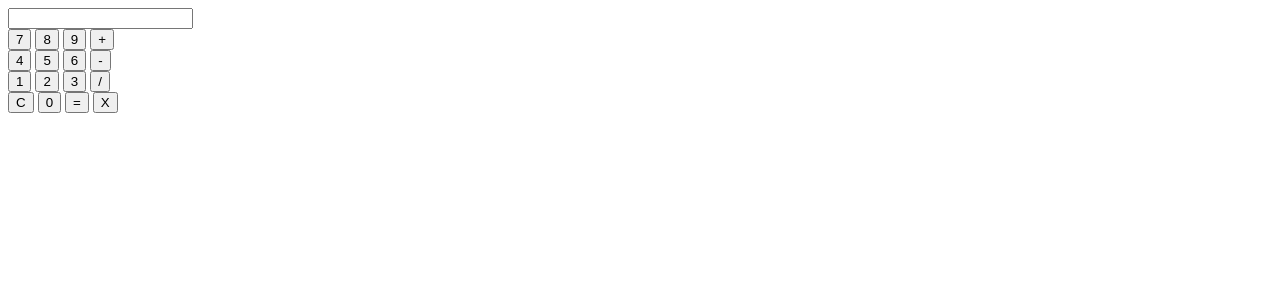
Repository: jun01270/calculator
Page: caculator.html
These files come from the project's save history. The page is drawn as it stood at one moment and after the next save; the edit follows.
The browser window is 1280 px wide. The pictures show the whole page.

Above is the page before, as saved 2023-07-31 17:55:04.

### caculator.html
<!DOCTYPE html>
<html lang="en">
  <head>
    <meta charset="UTF-8" />
    <meta name="viewport" content="width=device-width, initial-scale=1.0" />
    <link rel="stylesheet" type="text/css" href="/index.css" />
    <title>Document</title>
  </head>
  <body>
    <div><input type="text" /></div>
    <div class="row">
      <button>7</button>
      <button>8</button>
      <button>9</button>
      <button>+</button>
    </div>
    <div class="row">
      <button>4</button>
      <button>5</button>
      <button>6</button>
      <button>-</button>
    </div>
    <div class="row">
      <button>1</button>
      <button>2</button>
      <button>3</button>
      <button>/</button>
    </div>
    <div class="row">
      <button>C</button>
      <button>0</button>
      <button>=</button>
      <button>X</button>
    </div>
  </body>
</html>

### index.css
.class {
  width: 50px;
  height: 50px;
}

After the next save:
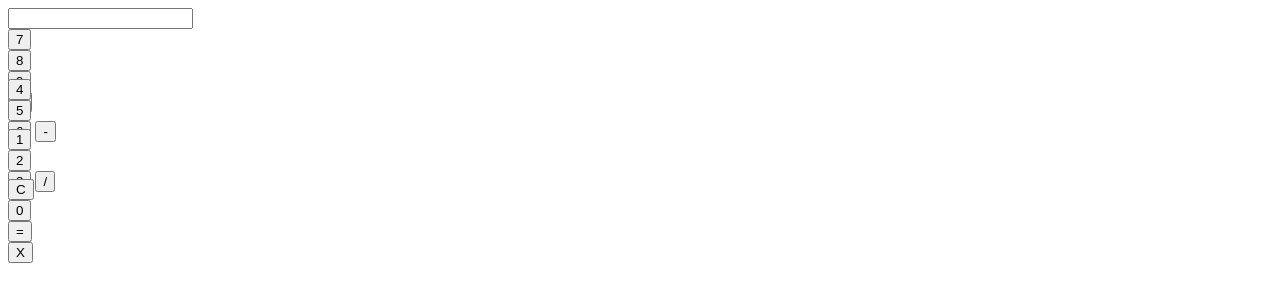
Saved 4 s later.
--- a/index.css
+++ b/index.css
@@ -1,4 +1,4 @@
-.class {
+.row {
   width: 50px;
   height: 50px;
 }
